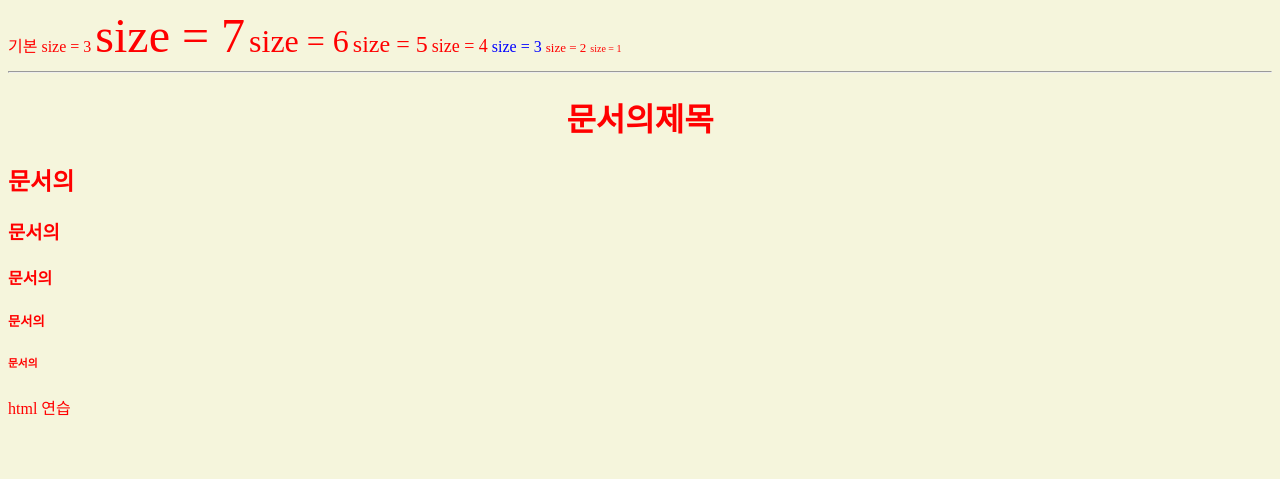
Repository: cleangggg/front
Page: html/ex03.html
The author's editor kept a copy of each file at every save. The page is drawn from the files as they stood at one save, then again after the next save.
The browser window is 1280 px wide. The pictures show the whole page.

Above is the page before, as saved 2023-05-22 04:00:20.

After the next save:
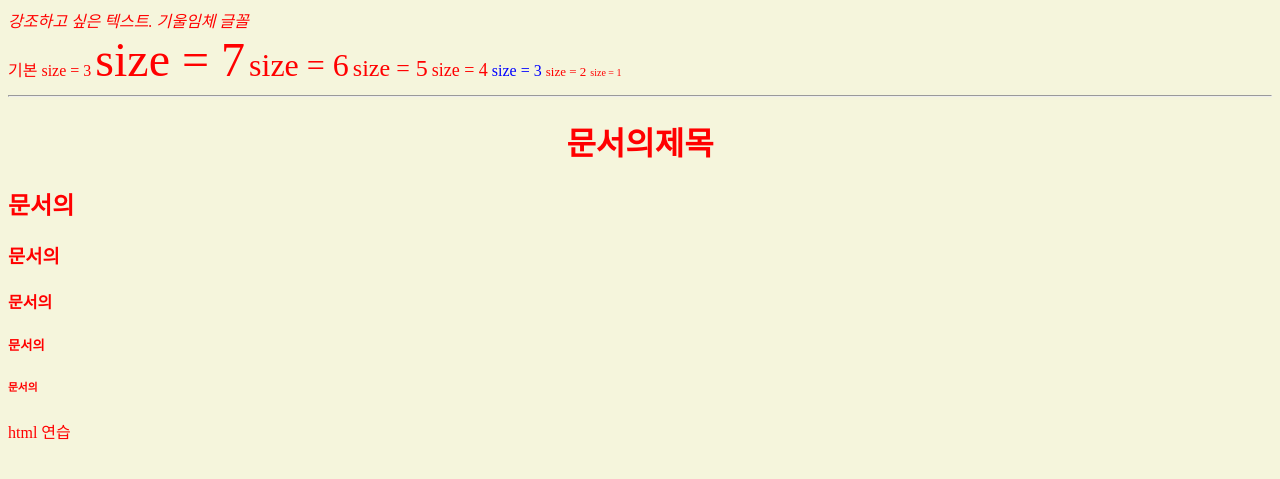
Saved 66 s later.
--- a/html/ex03.html
+++ b/html/ex03.html
@@ -6,6 +6,7 @@
 </head>
 <!-- <body text = "white" bgcolor = "black"> -->
 <body style="color: red; background: beige">
+	<em>강조하고 싶은 텍스트. 기울임체 글꼴</em><br>
 	<font>기본 size = 3 </font>
 	<font size="7">size = 7</font>
 	<font size="6">size = 6</font>
